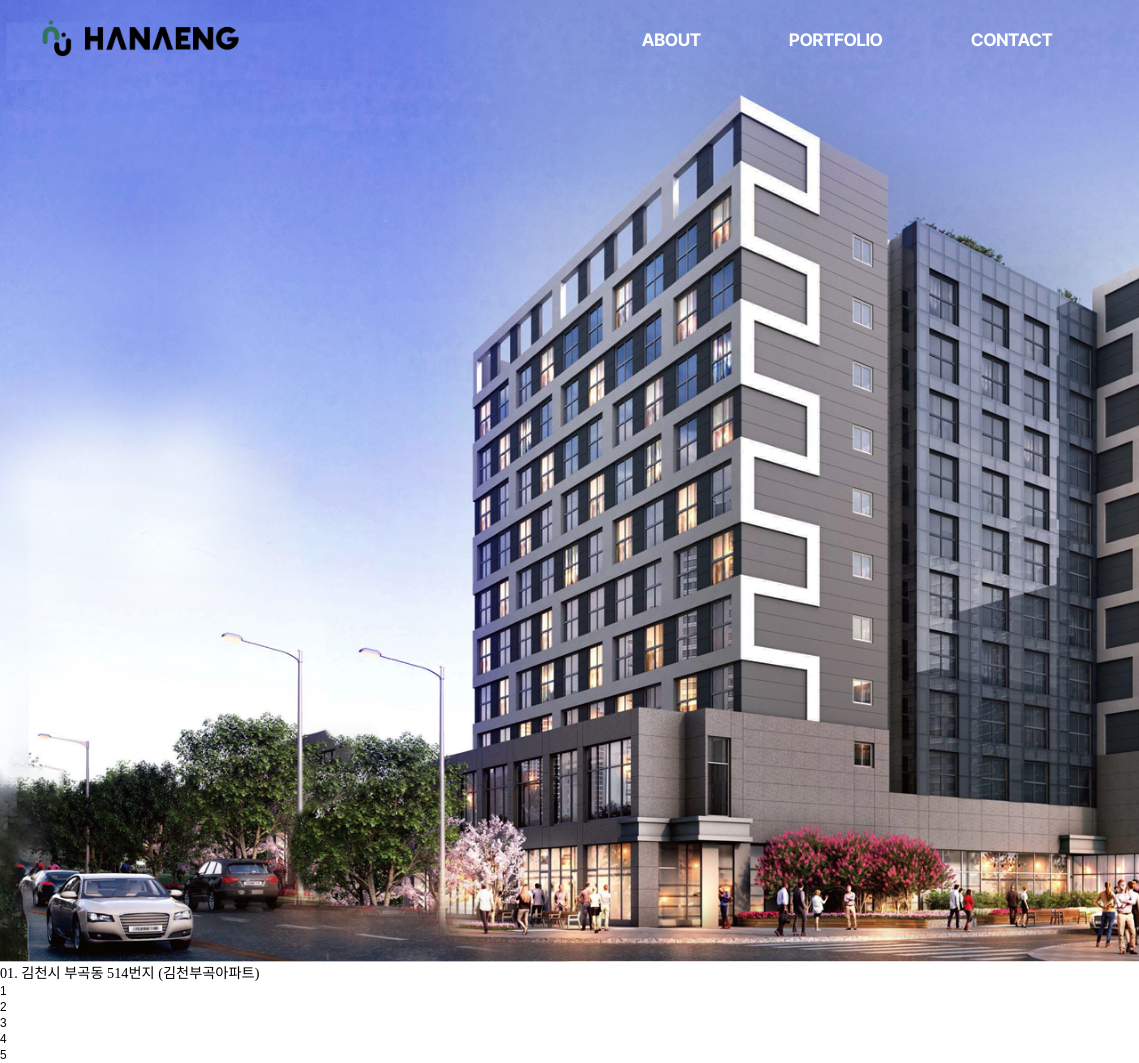
Repository: makeditWeb/hanaenc
Page: main.html
The author's editor kept a copy of each file at every save. The page is drawn from the files as they stood at one save, then again after the next save.
The browser window is 1280 px wide. The pictures show the whole page, at 89% of full size.
Some web libraries are served in a nearby version.

Above is the page before, as saved 2023-07-05 17:30:54.

### main.html
<!DOCTYPE html>
<html lang="en">
<head>
    <meta charset="UTF-8">
    <meta name="viewport" content="width=device-width, initial-scale=1.0">
    <title>Document</title>

    <link rel="stylesheet" href="./css/style.css">

    <link rel="stylesheet" type="text/css" href="//cdn.jsdelivr.net/npm/slick-carousel@1.8.1/slick/slick.css"/>
</head>
<body>
    <header id="nav-menu" aria-label="navigation bar">
        <div class="container">
            <div class="nav-start">
                <a class="logo" href="/">
                    <img src="./image/logo_b.png"alt="Logo" />
                </a>

            </div>



            <div class="nav-end">
                <nav class="menu">
                    <ul class="menu-bar">
                        <li>
                            <button class="nav-link dropdown-btn" data-dropdown="dropdown1" aria-haspopup="true"
                                aria-expanded="false" aria-label="discover">
                                ABOUT
                            </button>
                            <div id="dropdown1" class="dropdown">
                                <ul role="menu">
                                    <li>
                                        <span class="dropdown-link-title">Browse Categories</span>
                                    </li>
                                    <li role="menuitem">
                                        <a class="dropdown-link" href="#branding">Branding</a>
                                    </li>
                                    <li role="menuitem">
                                        <a class="dropdown-link" href="#illustrations">Illustration</a>
                                    </li>
                                </ul>
                            </div>
                        </li>
                        <li><a class="nav-link" href="/">PORTFOLIO</a></li>
                        <li><a class="nav-link" href="/">CONTACT</a></li>
                    </ul>
                </nav>
                <button id="hamburger" aria-label="hamburger" aria-haspopup="true" aria-expanded="false">
                    <i class="bx bx-menu" aria-hidden="true"></i>
                </button>
            </div>
        </div>
    </header>

    <section class="main">
        <div class="main-slide-wrap">
            <div class="main-slide">
                <img src="./image/main_slide1.jpg" alt="slide1">
                <p class="slide_title">01. 김천시 부곡동 514번지 (김천부곡아파트)</p>
            </div>
            <div class="main-slide">
                <img src="./image/main_slide2.jpg" alt="slide1">
                <p class="slide_title">01. 김천시 부곡동 514번지 (김천부곡아파트)</p>
            </div>
            <div class="main-slide">
                <img src="./image/main_slide3.jpg" alt="slide1">
                <p class="slide_title">01. 김천시 부곡동 514번지 (김천부곡아파트)</p>
            </div>
            <div class="main-slide">
                <img src="./image/main_slide4.jpg" alt="slide1">
                <p class="slide_title">01. 김천시 부곡동 514번지 (김천부곡아파트)</p>
            </div>
            <div class="main-slide">
                <img src="./image/main_slide5.jpg" alt="slide1">
                <p class="slide_title">01. 김천시 부곡동 514번지 (김천부곡아파트)</p>
            </div>
        </div>
    </section>
</body>

<script type="text/javascript" src="//code.jquery.com/jquery-1.11.0.min.js"></script>
<script type="text/javascript" src="//cdn.jsdelivr.net/npm/slick-carousel@1.8.1/slick/slick.min.js"></script>
<script src="./js/main.js"></script>

<script>
    $(document).ready(function () {
        $('.main-slide-wrap').slick({
            infinite: true,
            slidesToShow: 1,
            dots: true,
            arrows:false,
        });
    });
</script>
</html>

### css/style.css
* {
    margin: 0;
    padding: 0;
    box-sizing: border-box;
}

:root {
    --dark-grey: #333333;
    --medium-grey: #636363;
    --light-grey: #eeeeee;
    --ash: #f4f4f4;
    --primary-color: #2b72fb;
    --white: white;
    --border: 1px solid var(--light-grey);
    --shadow: rgba(0, 0, 0, 0.05) 0px 6px 24px 0px,
        rgba(0, 0, 0, 0.08) 0px 0px 0px 1px;
}


@font-face {
    font-family: 'Pretendard-Thin';
    src: url('../font/Pretendard-Thin.woff') format('woff'),
        url('../font/Pretendard-Thin.woff2') format('woff2');
    font-weight: 100;
    font-style: normal;
}

@font-face {
    font-family: 'Pretendard-ExtraLight';
    src: url('../font/Pretendard-ExtraLight.woff') format('woff'),
    url('../font/Pretendard-ExtraLight.woff2') format('woff2');
    font-weight: 200;
    font-style: normal;
}

@font-face {
    font-family: 'Pretendard-Light';
    src: url('../font/Pretendard-Light.woff') format('woff'),
    url('../font/Pretendard-Light.woff2') format('woff2');
    font-weight: 300;
    font-style: normal;
}

@font-face {
    font-family: 'Pretendard-Regular';
    src: url('../font/Pretendard-Regular.woff') format('woff'),
    url('../font/Pretendard-Regular.woff2') format('woff2');
    font-weight: 400;
    font-style: normal;
}

@font-face {
    font-family: 'Pretendard-Medium';
    src: url('../font/Pretendard-Medium.woff') format('woff'),
    url('../font/Pretendard-Medium.woff2') format('woff2');
    font-weight: 500;
    font-style: normal;
}

@font-face {
    font-family: 'Pretendard-SemiBold';
    src: url('../font/Pretendard-SemiBold.woff') format('woff'),
    url('../font/Pretendard-SemiBold.woff2') format('woff2');
    font-weight: 600;
    font-style: normal;
}

@font-face {
    font-family: 'Pretendard-Bold';
    src: url('../font/Pretendard-Bold.woff') format('woff'),
    url('../font/Pretendard-Bold.woff2') format('woff2');
    font-weight: 700;
    font-style: normal;
}

@font-face {
    font-family: 'Pretendard-ExtraBold';
    src: url('../font/Pretendard-ExtraBold.woff') format('woff'),
    url('../font/Pretendard-ExtraBold.woff2') format('woff2');
    font-weight: 800;
    font-style: normal;
}

@font-face {
    font-family: 'Pretendard-Black';
    src: url('../font/Pretendard-Black.woff') format('woff'),
    url('../font/Pretendard-Black.woff2') format('woff2');
    font-weight: 800;
    font-style: normal;
}


body {
    font-family: inherit;

}

ul {
    list-style: none;
}

a {
    text-decoration: none;
}

button {
    border: none;
    background-color: transparent;
    cursor: pointer;
    outline: none;
}

.btn {
    display: block;
    text-align: center;
    padding: 0.6rem 1.4rem;
    font-size: 1rem;
    font-weight: 500;
    border-radius: 5px;
}


.logo {
    width: 220px;
    height: auto;
}

.logo img{
    width: 100%;
    height: 100%;
}

#nav-menu {
    background-color: transparent;
    position: fixed;
    top: 0;
    left: 0;
    height: 100px;
    width: 100%;
    z-index: 9;
}

.container {
    display: flex;
    align-items: center;
    justify-content: space-between;
    column-gap: 2rem;
    height: 90px;
    padding: 1.2rem 3rem;
}

.menu {
    position: relative;
}



.menu-bar li:first-child ul:nth-child(1) {
    border-right: var(--border);
}

.menu-bar li:nth-child(n + 2) ul:nth-child(1) {
    border-bottom: var(--border);
}

.menu-bar .dropdown-link-title {
    font-weight: 600;
}

.menu-bar .nav-link {
    font-size: 20px;
    letter-spacing: -0.6px;
    padding: 57px 40px;
    margin: 0 0.6rem;
    color: #fff;
    font-family: 'Pretendard-Bold';
    box-sizing: border-box;
}


.menu-bar .nav-link:hover,
.dropdown-link:hover {
    color: var(--primary-color);
}

.nav-start,
.nav-end,
.menu-bar,
.right-container,
.right-container .search {
    display: flex;
    align-items: center;
}

.dropdown {
    display: flex;
    flex-direction: column;
    min-width: 230px;
    background-color: var(--white);
    border-radius: 10px;
    position: absolute;
    top: 36px;
    z-index: 1;
    visibility: hidden;
    opacity: 0;
    transform: scale(0.97) translateX(-5px);
    transition: 0.1s ease-in-out;
    box-shadow: var(--shadow);
}

.dropdown.active {
    visibility: visible;
    opacity: 1;
    transform: scale(1) translateX(5px);
}

.dropdown ul {
    display: flex;
    flex-direction: column;
    gap: 0.5rem;
    padding: 1.2rem;
    font-size: 0.95rem;
}

.dropdown-btn {
    display: flex;
    align-items: center;
    justify-content: space-between;
    gap: 0.15rem;
}

.dropdown-link {
    display: flex;
    gap: 0.5rem;
    padding: 0.5rem 0;
    border-radius: 7px;
    transition: 0.1s ease-in-out;
}

.dropdown-link p {
    font-size: 0.8rem;
    color: var(--medium-grey);
}

.right-container {
    display: flex;
    align-items: center;
    column-gap: 1rem;
}

.right-container .search {
    position: relative;
}

.right-container img {
    border-radius: 50%;
}

.search input {
    background-color: var(--ash);
    border: none;
    border-radius: 6px;
    padding: 0.7rem;
    padding-left: 2.4rem;
    font-size: 16px;
    width: 100%;
    border: var(--border);
}

.search .bx-search {
    position: absolute;
    left: 10px;
    top: 50%;
    font-size: 1.3rem;
    transform: translateY(-50%);
    opacity: 0.6;
}

#hamburger {
    display: none;
    padding: 0.1rem;
    margin-left: 1rem;
    font-size: 1.9rem;
}

@media (max-width: 1100px) {
    #hamburger {
        display: block;
    }

    .container {
        padding: 1.2rem;
    }

    .menu {
        display: none;
        position: absolute;
        top: 87px;
        left: 0;
        min-height: 100vh;
        width: 100vw;
    }

    .menu-bar li:first-child ul:nth-child(1) {
        border-right: none;
        border-bottom: var(--border);
    }

    .dropdown {
        display: none;
        min-width: 100%;
        border: none !important;
        border-radius: 5px;
        position: static;
        top: 0;
        left: 0;
        visibility: visible;
        opacity: 1;
        transform: none;
        box-shadow: none;
    }

    .menu.show,
    .dropdown.active {
        display: block;
    }

    .dropdown ul {
        padding-left: 0.3rem;
    }

    .menu-bar {
        display: flex;
        flex-direction: column;
        align-items: stretch;
        row-gap: 1rem;
        padding: 1rem;
    }

    .menu-bar .nav-link {
        display: flex;
        justify-content: space-between;
        width: 100%;
        font-weight: 600;
        font-size: 1.2rem;
        margin: 0;
    }

    .menu-bar li:first-child .dropdown {
        min-width: 100%;
    }

    .menu-bar>li:not(:last-child) {
        padding-bottom: 0.5rem;
        border-bottom: var(--border);
    }
}

@media (max-width: 600px) {
    .right-container {
        display: none;
    }
}

### js/main.js


// main

const dropdownBtn = document.querySelectorAll(".dropdown-btn");
const dropdown = document.querySelectorAll(".dropdown");
const hamburgerBtn = document.getElementById("hamburger");
const navMenu = document.querySelector(".menu");
const links = document.querySelectorAll(".dropdown a");

function setAriaExpandedFalse() {
  dropdownBtn.forEach((btn) => btn.setAttribute("aria-expanded", "false"));
}

function closeDropdownMenu() {
  dropdown.forEach((drop) => {
    drop.classList.remove("active");
    drop.addEventListener("click", (e) => e.stopPropagation());
  });
}

function toggleHamburger() {
  navMenu.classList.toggle("show");
}

dropdownBtn.forEach((btn) => {
  btn.addEventListener("click", function (e) {
    const dropdownIndex = e.currentTarget.dataset.dropdown;
    const dropdownElement = document.getElementById(dropdownIndex);

    dropdownElement.classList.toggle("active");
    dropdown.forEach((drop) => {
      if (drop.id !== btn.dataset["dropdown"]) {
        drop.classList.remove("active");
      }
    });
    e.stopPropagation();
    btn.setAttribute(
      "aria-expanded",
      btn.getAttribute("aria-expanded") === "false" ? "true" : "false"
    );
  });
});

// close dropdown menu when the dropdown links are clicked
links.forEach((link) =>
  link.addEventListener("click", () => {
    closeDropdownMenu();
    setAriaExpandedFalse();
    toggleHamburger();
  })
);

// close dropdown menu when you click on the document body
document.documentElement.addEventListener("click", () => {
  closeDropdownMenu();
  setAriaExpandedFalse();
});

// close dropdown when the escape key is pressed
document.addEventListener("keydown", (e) => {
  if (e.key === "Escape") {
    closeDropdownMenu();
    setAriaExpandedFalse();
  }
});

// toggle hamburger menu
hamburgerBtn.addEventListener("click", toggleHamburger);

After the next save:
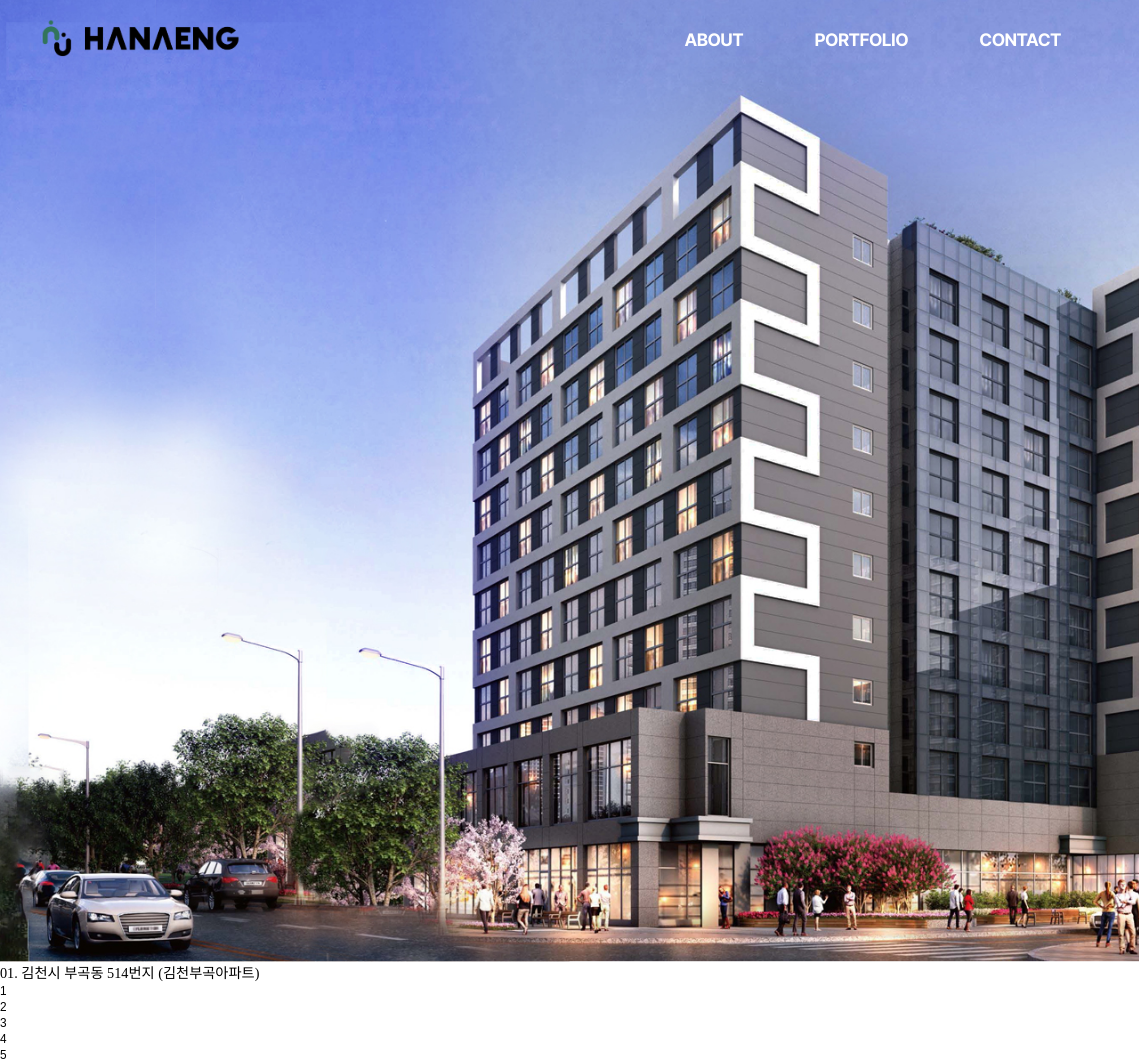
Saved 17 s later.
--- a/css/style.css
+++ b/css/style.css
@@ -171,7 +171,6 @@
     font-size: 20px;
     letter-spacing: -0.6px;
     padding: 57px 40px;
-    margin: 0 0.6rem;
     color: #fff;
     font-family: 'Pretendard-Bold';
     box-sizing: border-box;
